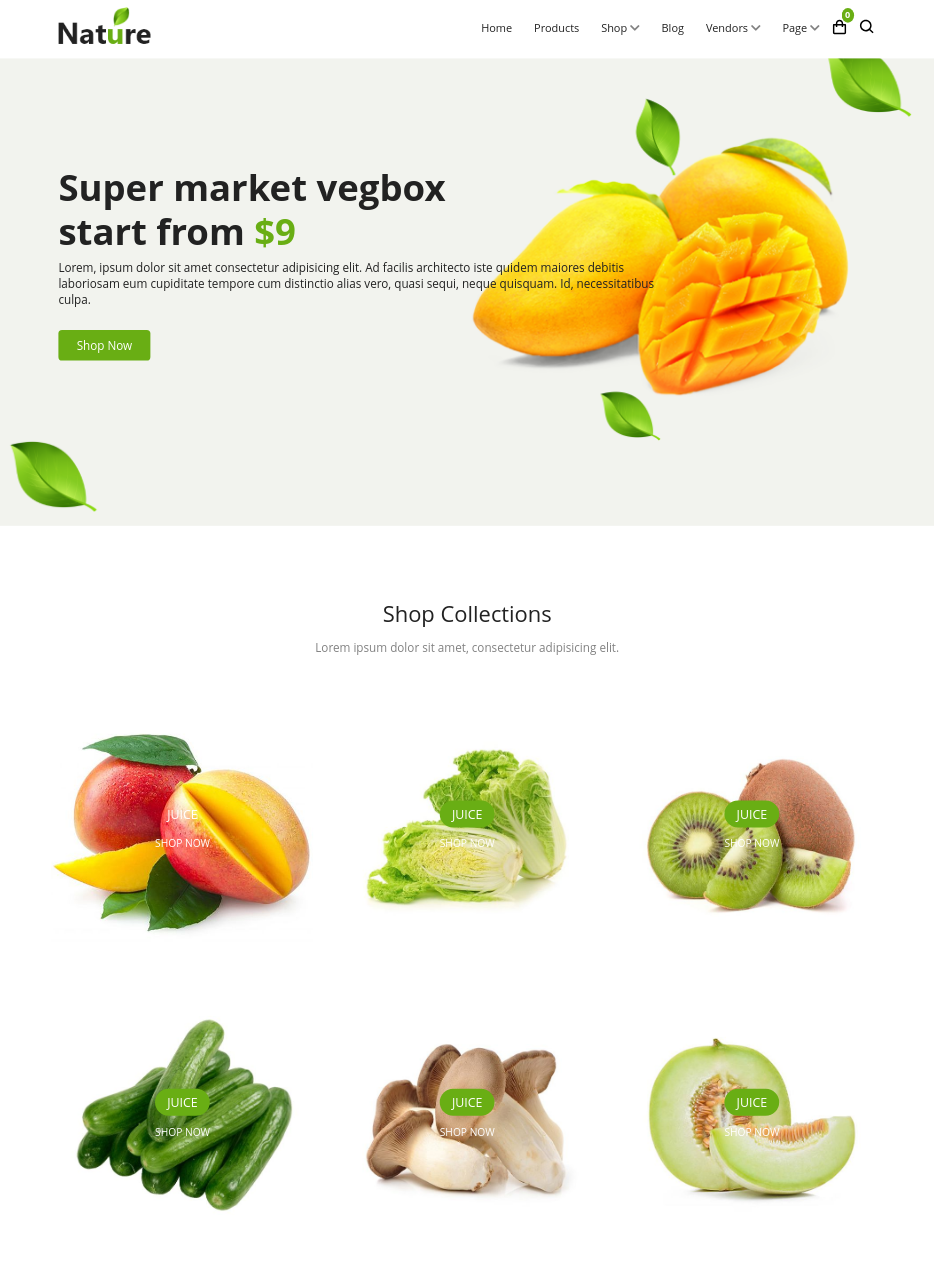
Repository: hoanggiainfomation/hoanggiainfomation.github.io
Page: index.html
The author's editor kept a copy of each file at every save. The page is drawn from the files as they stood at one save, then again after the next save.
The browser window is 1280 px wide. The pictures show the whole page, at 73% of full size.
The pointer rests on the first visible `.collection-item`.
Some web libraries are served in a nearby version.

Above is the page before, as saved 2021-08-17 20:24:28.

After the next save:
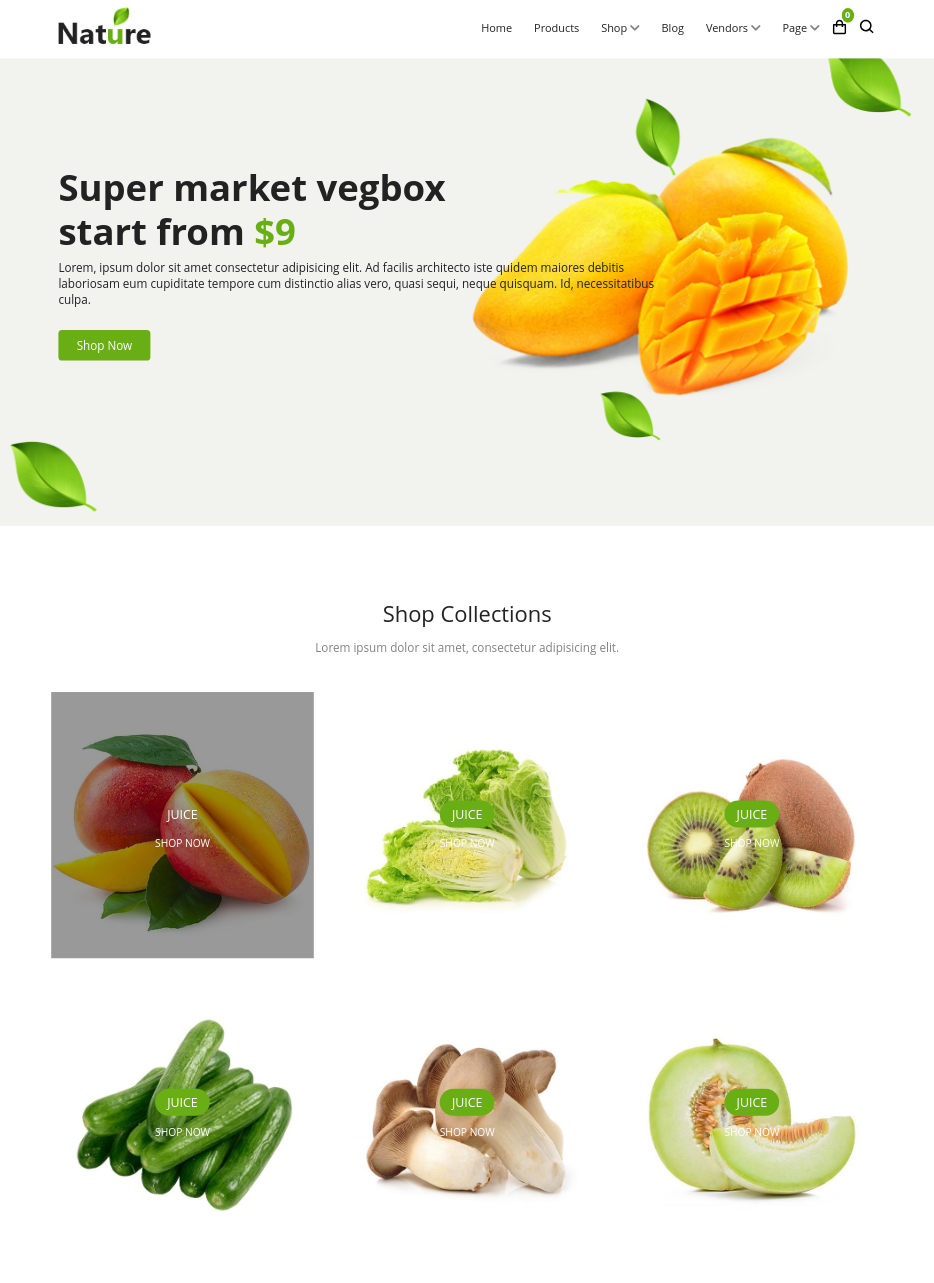
Saved 2 min 32 s later.
--- a/styles.css
+++ b/styles.css
@@ -614,3 +614,7 @@ section .title span {
   visibility: hidden;
   transition: all 500ms ease-in-out;
 }
+.collection-item:hover::after {
+  visibility: visible;
+  opacity: 1;
+}
